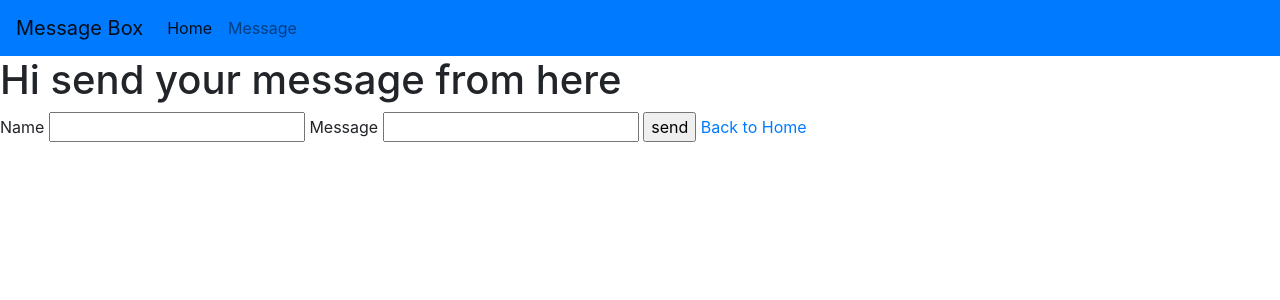
Repository: 05Mohammedismail/xworkz--Advance-Java
Page: Sep08_Servlets(HTML content as the HTTP response)/src/main/webapp/index.html
These files come from the project's save history. The page is drawn as it stood at one moment and after the next save; the edit follows.
The browser window is 1280 px wide. The pictures show the whole page.

Above is the page before, as saved 2023-09-10 18:46:18.

After the next save:
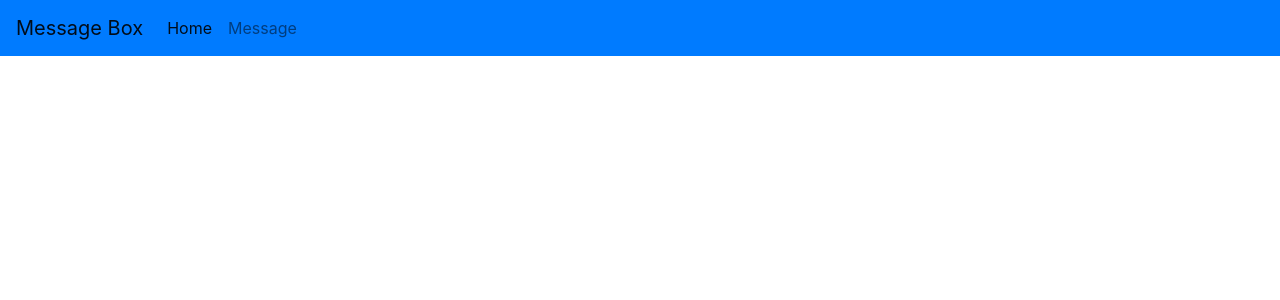
Saved 9 s later.
--- a/Sep08_Servlets(HTML content as the HTTP response)/src/main/webapp/index.html
+++ b/Sep08_Servlets(HTML content as the HTTP response)/src/main/webapp/index.html
@@ -23,12 +23,5 @@
     </ul>
   </div>
 </nav>
-<h1>Hi send your message from here</h1>
-<form action="ping.pong">
-Name <input type="text" name="name">
-Message <input type="text" name="msg">
-<input class="send" type="submit" value="send">
-<a href="index.html">Back to Home</a>
-</form>
 </body>
 </html>
